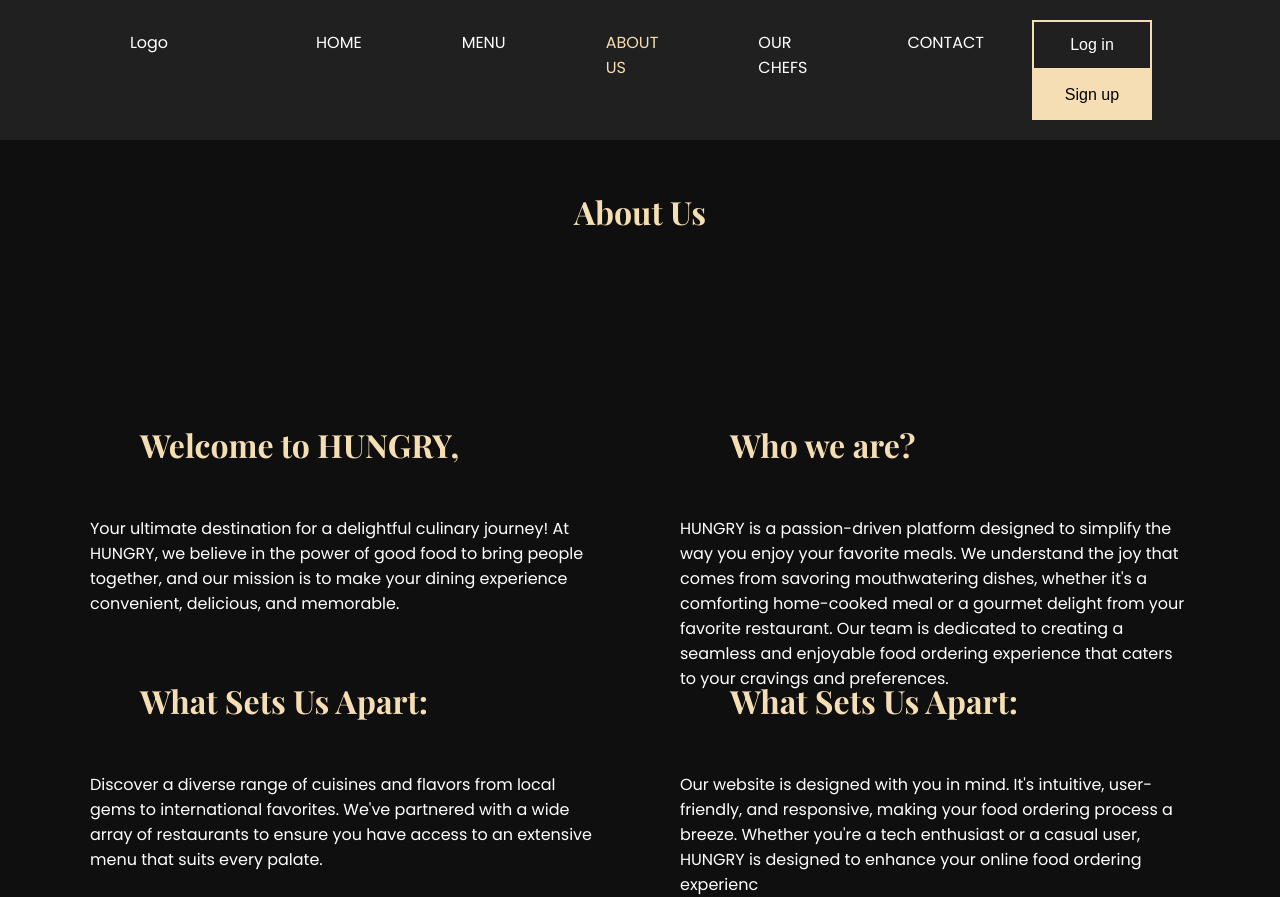
Repository: ThisIsSahaj/NSP
Page: about.html
An editor plug-in stored every save of this project. The page is shown before and after the next save, followed by the edit.
The browser window is 1280 px wide. The pictures show the whole page.

Above is the page before, as saved 2023-12-26 22:19:35.

### about.html
<!DOCTYPE html>
<html lang="en">
<head>
    <meta charset="UTF-8">
    <meta http-equiv="X-UA-Compatible" content="IE=edge">
    <meta name="viewport" content="width=device-width, initial-scale=1.0">
    <title>About Us</title>
    <link rel="stylesheet" href="style.css">
</head>
<body>
    <header>

        <nav class="nav">
            <div class="logo">
                Logo
            </div>
            <div class="menu">
                <ul>
                   <a href="index.html"> <li>Home</li> </a>
                   <a href=""> <li>Menu</li> </a>
                   <a href="" class="active"> <li>About Us</li> </a>
                   <a href=""> <li>Our Chefs</li> </a>
                   <a href=""> <li>Contact</li> </a>
            </ul>
        </div>
        <div class="button">
            <button class="login">Log in</button>
            <button class="signup">Sign up</button>
        </div>
    </nav>
</header>

<div class="about">
    <h1>About Us</h1>
    <div class="aboutBox">
       <div>
        <h1 style="color: wheat;">Welcome to HUNGRY,</h1>
        <p>Your ultimate destination for a delightful culinary journey! At HUNGRY, we believe in the power of good food to bring people together, and our mission is to make your dining experience convenient, delicious, and memorable.</p>
       </div>

       <div>
        <h1 style="color: wheat;">Who we are?</h1>
        <p>
            HUNGRY is a passion-driven platform designed to simplify the way you enjoy your favorite meals. We understand the joy that comes from savoring mouthwatering dishes, whether it's a comforting home-cooked meal or a gourmet delight from your favorite restaurant. Our team is dedicated to creating a seamless and enjoyable food ordering experience that caters to your cravings and preferences.</p>
       </div>
    </div>

    <div class="aboutBox">
       <div>
        <h1 style="color: wheat;">What Sets Us Apart:</h1>
        <p>Discover a diverse range of cuisines and flavors from local gems to international favorites. We've partnered with a wide array of restaurants to ensure you have access to an extensive menu that suits every palate.</p>
       </div>

       <div>
        <h1 style="color: wheat;">What Sets Us Apart:</h1>
        <p>
            Our website is designed with you in mind. It's intuitive, user-friendly, and responsive, making your food ordering process a breeze. Whether you're a tech enthusiast or a casual user, HUNGRY is designed to enhance your online food ordering experienc</p>
       </div>
    </div>
</div>
</body>
</html>

### style.css
@import url('https://fonts.googleapis.com/css2?family=Poppins:wght@300;400;500;600;700&family=Roboto:wght@100;300;400;500;700;900&display=swap');

@import url('https://fonts.googleapis.com/css2?family=Playfair+Display:wght@400;500;600;700;800;900&family=Poppins:wght@300;400;500;600;700&family=Roboto:wght@100;300;400;500;700;900&display=swap');


*{
    margin: 0px;
    padding: 0px;
    box-sizing: border-box;

}

body{
    background-color: #0F0F0F;
    font-family: 'Poppins', sans-serif;
    /* color: rgb(224, 212, 212); */
    color: white;
}

header{
    margin-top: 0px;
    background-color: #202020;
    padding: 20px;
}
nav{
    display: flex;
    flex-direction: row;
    justify-content: space-around;
}

ul {
    display: flex;
    flex-direction: row;
    list-style: none;
    /* border: 2px solid green; */
}
a {
    color: #fff;
    text-transform: uppercase;
    text-decoration: none;
    /* letter-spacing: 0.15em;      */
    /* display: inline-block; */
    /* padding: 15px 20px; */
    position: relative;
    /* border: 2px solid red; */
}
a:after {
    background: none repeat scroll 0 0 transparent;
    bottom: 0;
    content: "";
    display: block;
    height: 2px;
    left: 50%;
    position: absolute;
    background: #fff;
    transition: width 0.3s ease 0s, left 0.3s ease 0s;
    width: 0;
    margin-bottom: 10px;
}

a:hover:after {
    width: 100%;
    left: 0;
    background-color:wheat;
}
.active{
    color: wheat;
}


.logo{
    width: 20%;
    margin: 10px;
    display: flex;
    justify-content: center;
    /* border: 2px solid hotpink; */

}
.menu ul li{
    margin: 10px 50px;

}

.menu{
    width: 60%;
    display: flex;
    justify-content: center;
    /* border: 2px solid blue; */

}
.button{
    width: 20%;
    /* border: 2px solid hotpink; */
}
button {
    height: 50px;
    width: 120px;
    margin: 0px 10px;
    /* border-radius: 50px; */
    background-color: wheat;
    font-size: 16px;
    cursor: pointer;
    border: none;
}

button:hover{
    background-color: transparent;
    color: white;
    border: 2px solid wheat;
}

.login{
border: 2px solid wheat;
background-color: transparent;
color: white;

}

.login:hover {
    background-color: wheat;
    color: black;
}

.viewMenu{
    margin: 50px;
    border: none;
    width: 160px;
    height: 60px;
}

.sec1{
    /* border: 2px solid red; */
    height: 870px;
    width: 100%;
    background-image: url("assets/images/hero-slider-1.jpg");

    display: flex;
    flex-direction: column;
    justify-content: center;
    align-items: center;
    font-size: 96px;
    font-family: "Playfair Display";
}


.sec2{
width: 100%;
height: 870px;
display: flex;
flex-direction: column;
/* justify-content: center; */
align-items: center;
}

.sec2 p{
    color: wheat;
    font-size: 18px;
    margin: 50px 0px;
}

.about{
    width: 100%;
    height: 50vw;
    display: flex;
    flex-direction: column;
    /* justify-content: center; */
    align-items: center;
    }

.about h1{
    font-family: "Playfair Display";
    margin: 50px;
    color: wheat;
    }

 .aboutBox{
    width: 100%;
    height: 20vw;

    display: flex;
    flex-direction: row;
    justify-content: center;
    padding: 50px;
 }

 .aboutBox div{
    width: 50%;
    padding: 40px;
    height: 60%;
 }

After the next save:
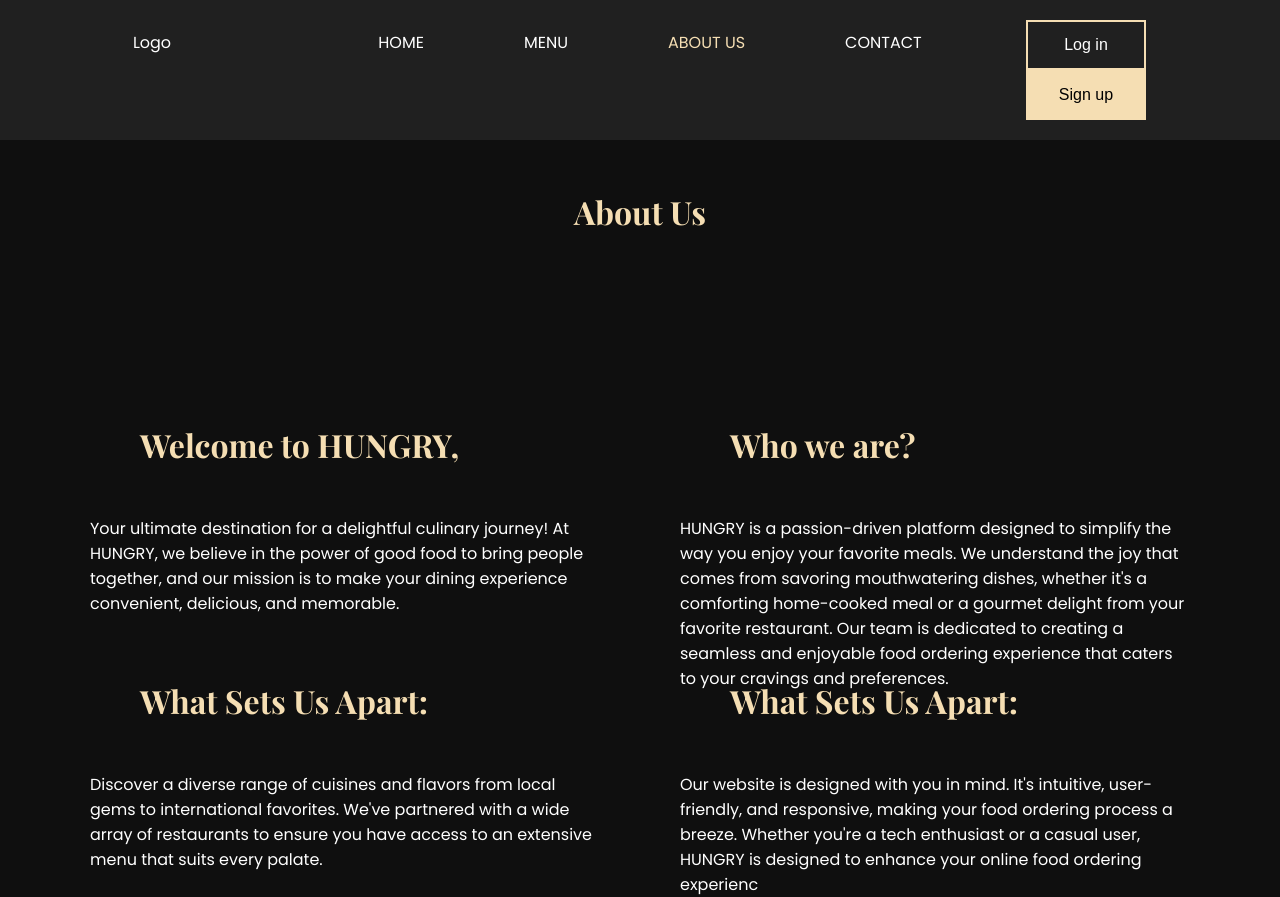
Saved 25 s later.
--- a/about.html
+++ b/about.html
@@ -19,7 +19,6 @@
                    <a href="index.html"> <li>Home</li> </a>
                    <a href=""> <li>Menu</li> </a>
                    <a href="" class="active"> <li>About Us</li> </a>
-                   <a href=""> <li>Our Chefs</li> </a>
                    <a href=""> <li>Contact</li> </a>
             </ul>
         </div>
